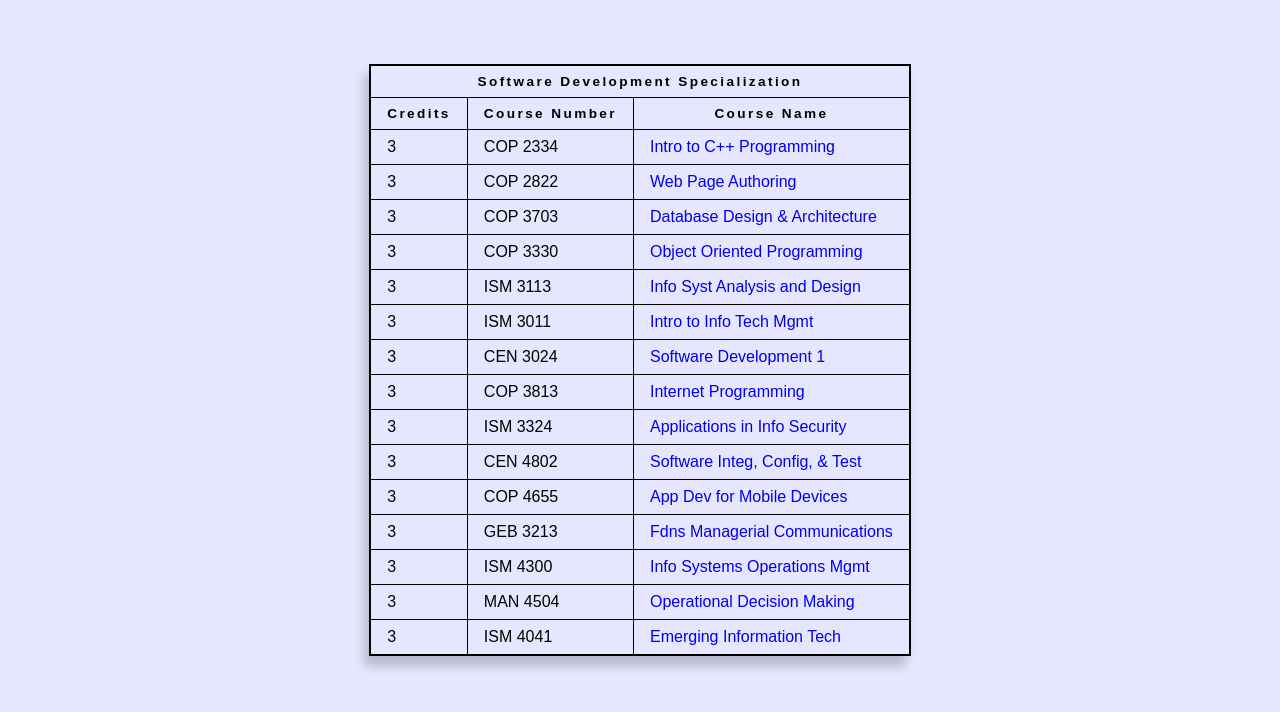
Repository: mlmEFSC21/P5-DegreeTableStyling
Page: FormattedProgramSpecialization3.html
An editor plug-in stored every save of this project. The page is shown before and after the next save, followed by the edit.
The browser window is 1280 px wide. The pictures show the whole page.
Some web fonts or font styles are not loaded; a fallback is used.

Above is the page before, as saved 2022-02-07 15:28:13.

After the next save:
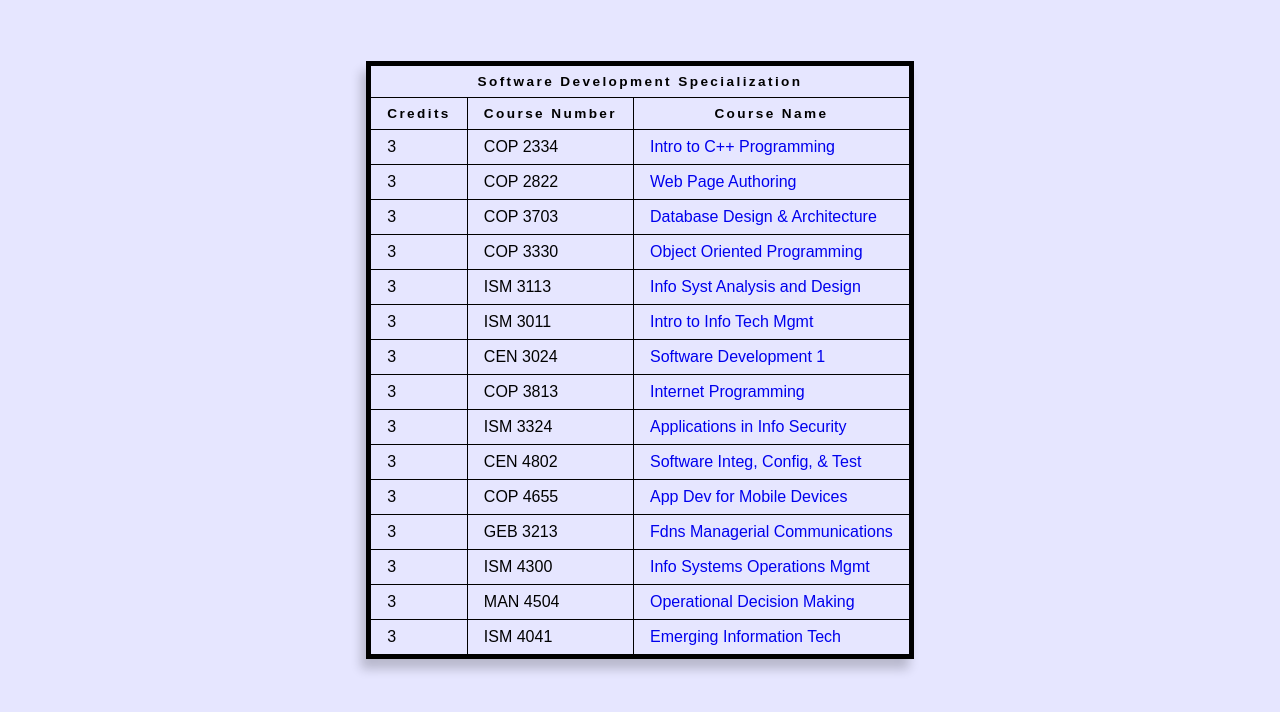
Saved 56 s later.
--- a/tableStyles.css
+++ b/tableStyles.css
@@ -30,7 +30,7 @@ caption {
 table {
     border-collapse: collapse;
     box-shadow: -5px 10px 10px rgba(0, 0, 0, 0.2);
-    border: 2px solid black;
+    border: 5px solid black;
     padding: 0.25rem;
 }
 thead {
